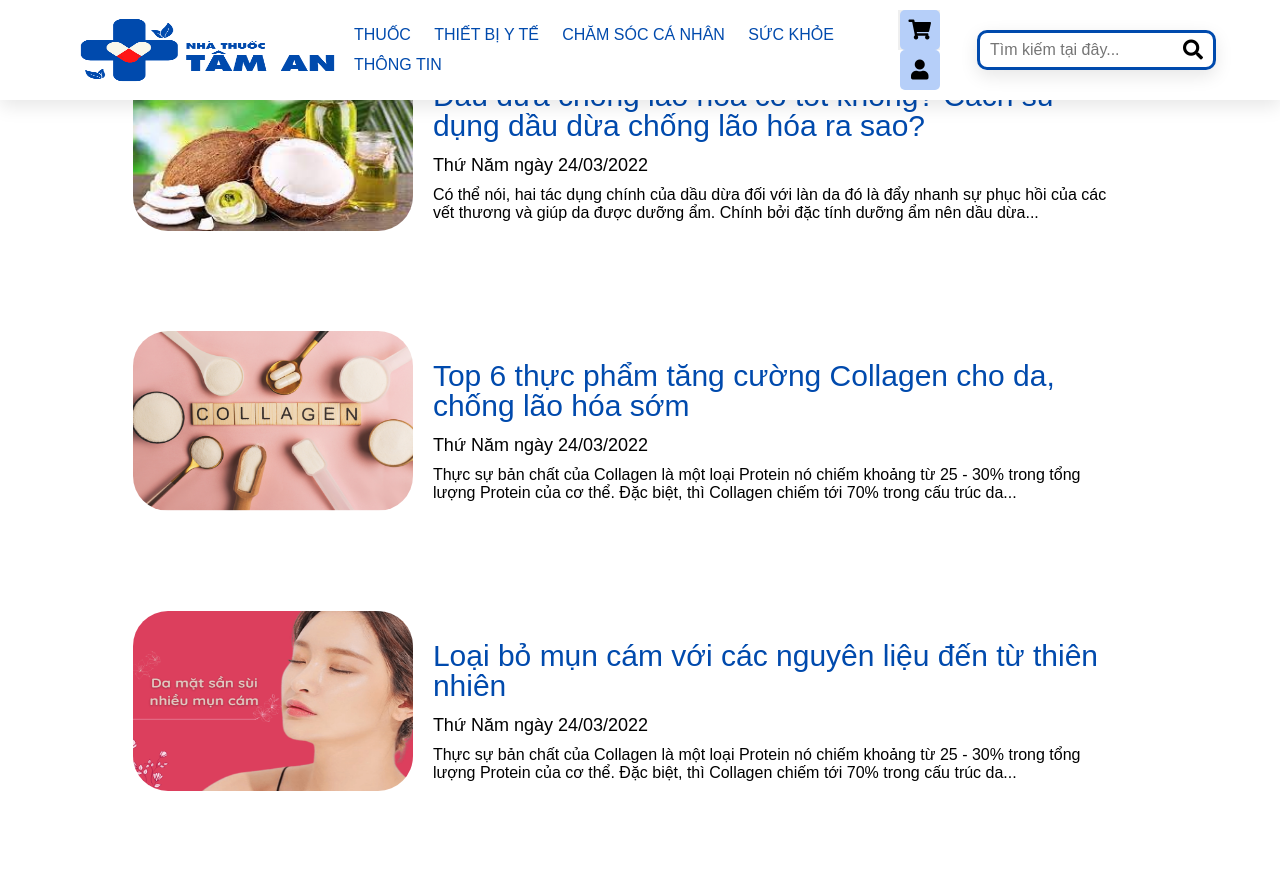
Repository: ViralAIWorks/TamAnPharmacy.github.io
Page: pages/chamsoccanhan.html
An editor plug-in stored every save of this project. The page is shown before and after the next save, followed by the edit.
The browser window is 1280 px wide. The pictures show the whole page.
Some web fonts or font styles are not loaded; a fallback is used.

Above is the page before, as saved 2022-03-23 18:36:38.

After the next save:
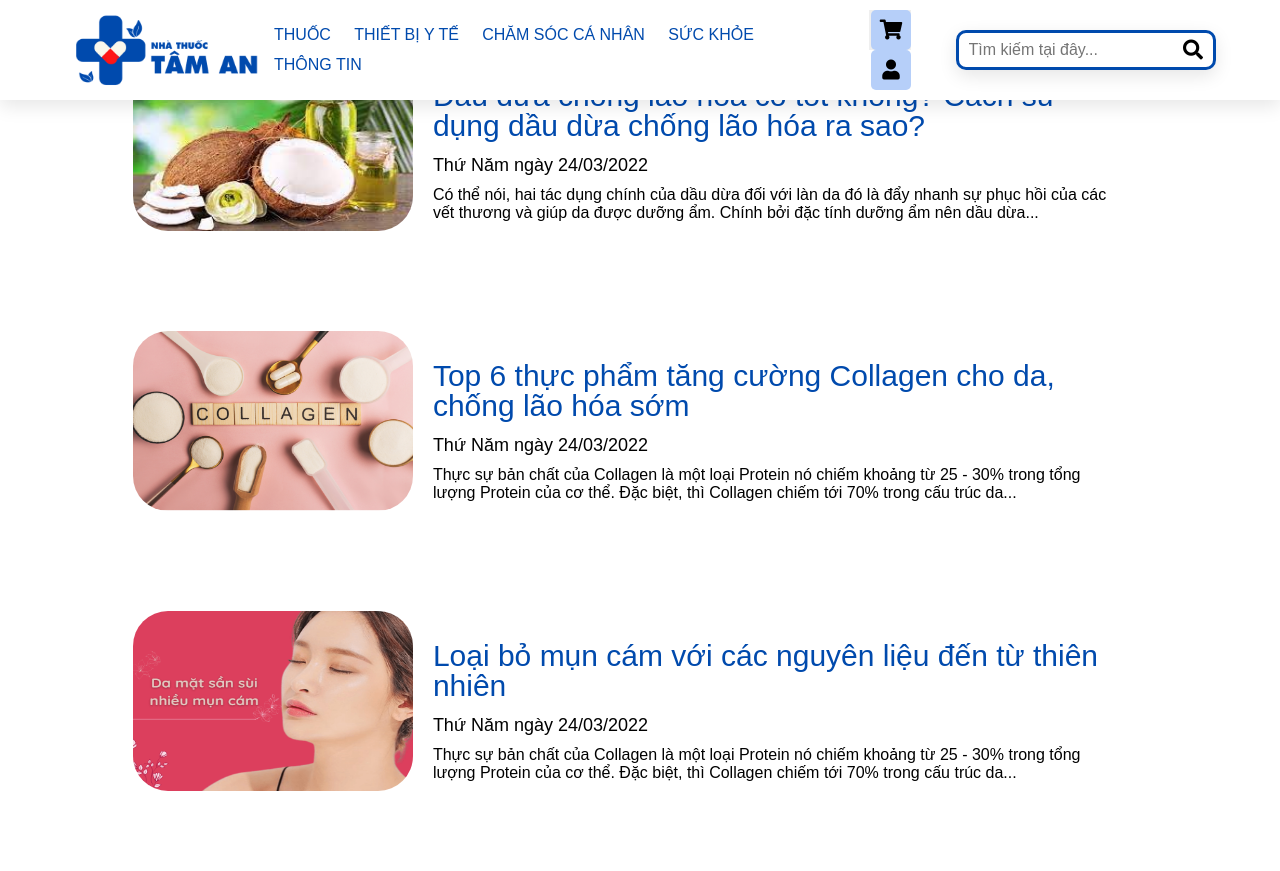
Saved 47 s later.
--- a/pages/chamsoccanhan.css
+++ b/pages/chamsoccanhan.css
@@ -196,7 +196,7 @@
     height: 200px;
 }
 
-img {
+.loaded {
     width: 280px;
     height: 180px;
     border-radius: 35px;
